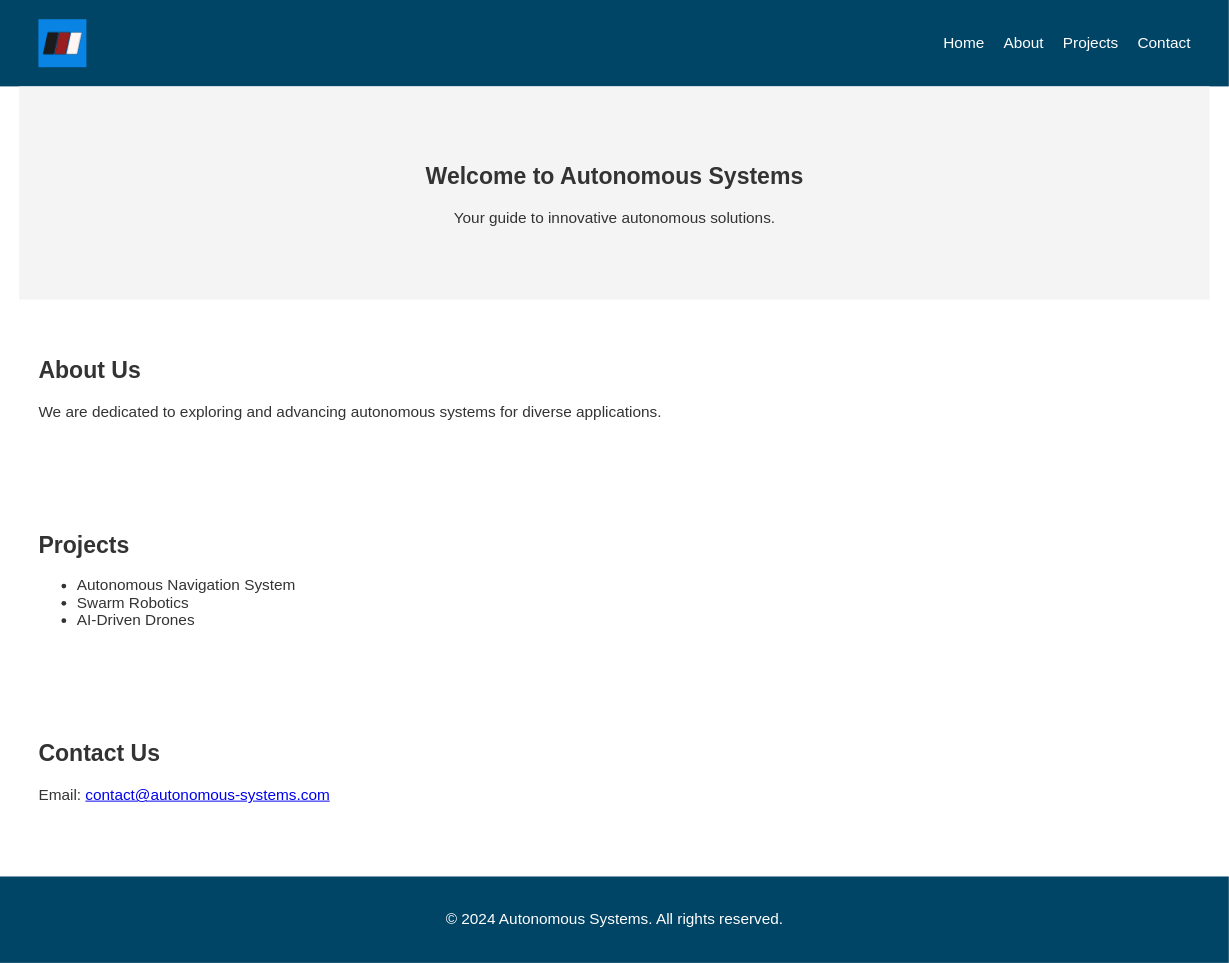
Repository: fs-itmo/fs-itmo.github.io
Page: index.html
These files come from the project's save history. The page is drawn as it stood at one moment and after the next save; the edit follows.
The browser window is 1280 px wide. The pictures show the whole page, at 96% of full size.

Above is the page before, as saved 2024-12-30 13:19:55.

After the next save:
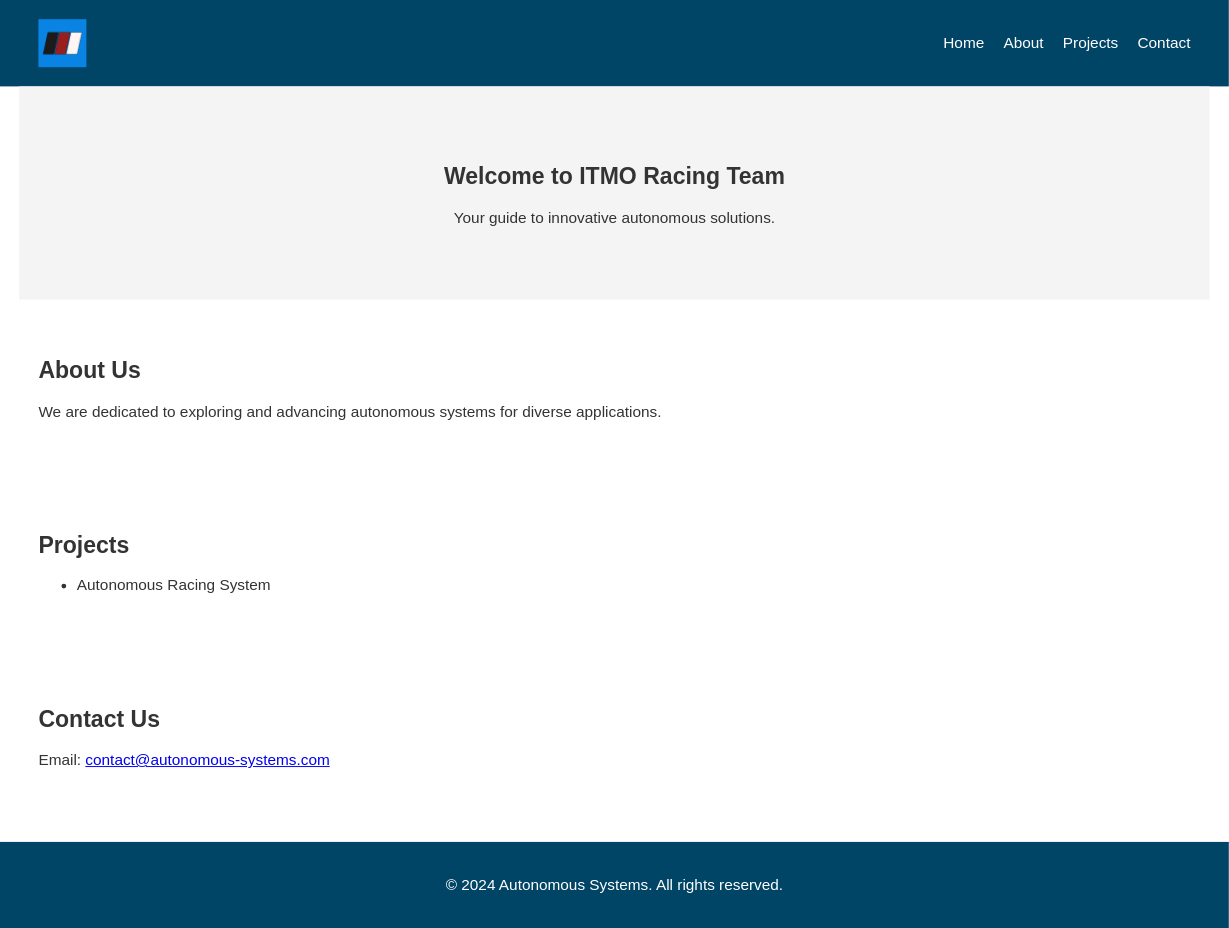
Saved 116 s later.
--- a/index.html
+++ b/index.html
@@ -22,7 +22,7 @@
     </header>
 
     <section id="home">
-        <h1>Welcome to Autonomous Systems</h1>
+        <h1>Welcome to ITMO Racing Team</h1>
         <p>Your guide to innovative autonomous solutions.</p>
     </section>
 
@@ -34,9 +34,9 @@
     <section id="projects">
         <h2>Projects</h2>
         <ul>
-            <li>Autonomous Navigation System</li>
-            <li>Swarm Robotics</li>
-            <li>AI-Driven Drones</li>
+            <li>Autonomous Racing System</li>
+            <!-- <li>Swarm Robotics</li>
+            <li>AI-Driven Drones</li> -->
         </ul>
     </section>
 
